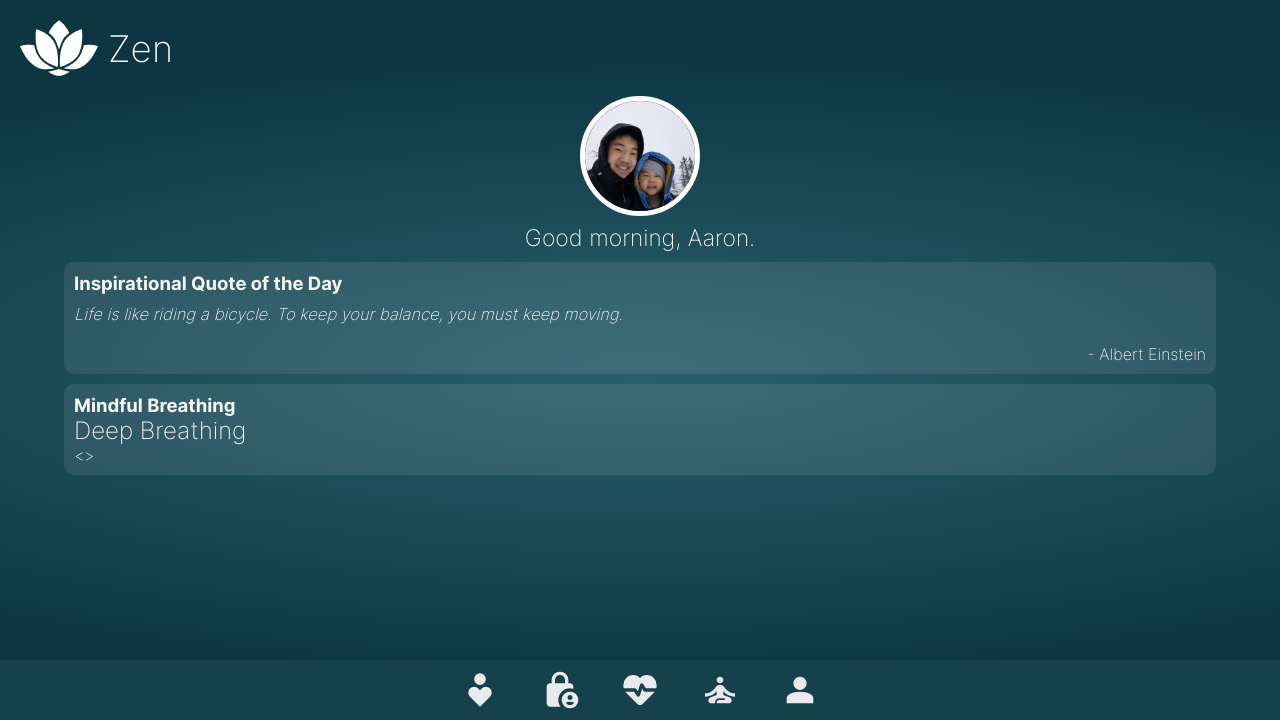
Repository: aaronw-dev/Zen
Page: mindful_dashboard.html
These files come from the project's save history. The page is drawn as it stood at one moment and after the next save; the edit follows.
The browser window is 1280 px wide. The pictures show the whole page.

Above is the page before, as saved 2024-06-08 14:42:19.

After the next save:
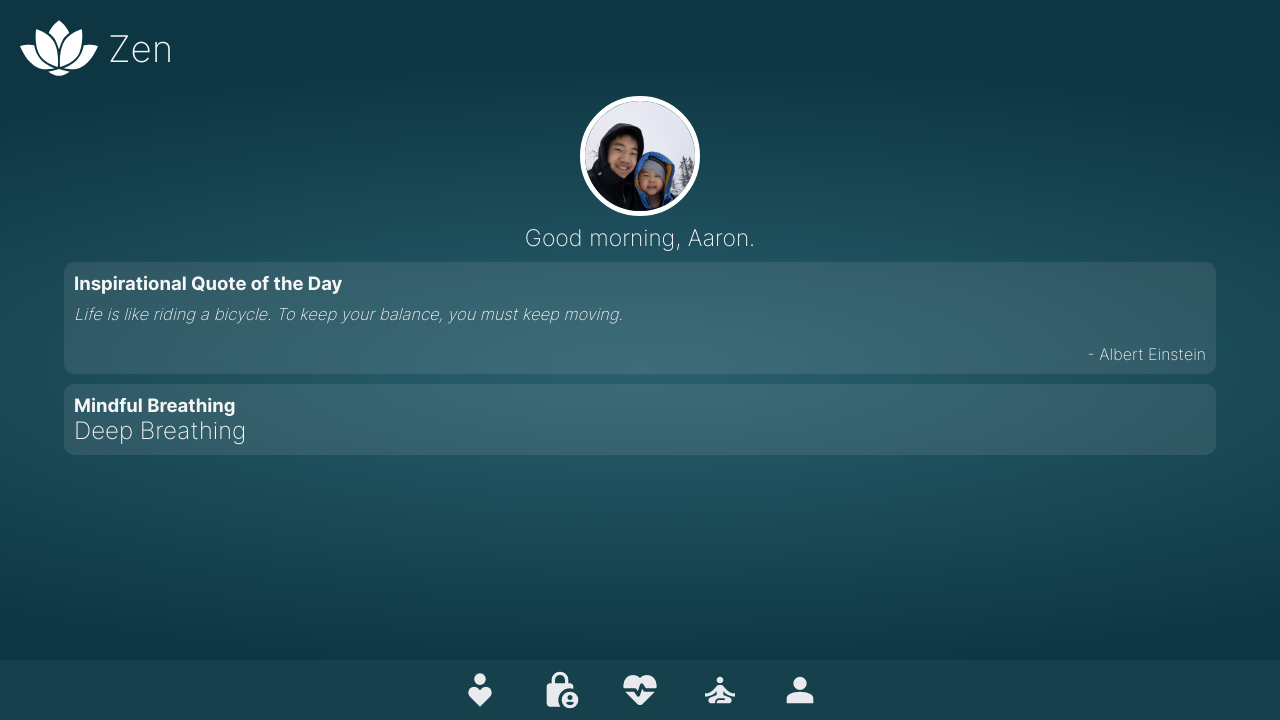
Saved 4 s later.
--- a/mindful_dashboard.html
+++ b/mindful_dashboard.html
@@ -30,7 +30,7 @@
             <h1 class="zen-block-title">Mindful Breathing</h1>
             <div class="mindful-actions">
                 <h2>Deep Breathing</h2>
-                <>
+                <h2>
             </div>
         </div>
     </div>
